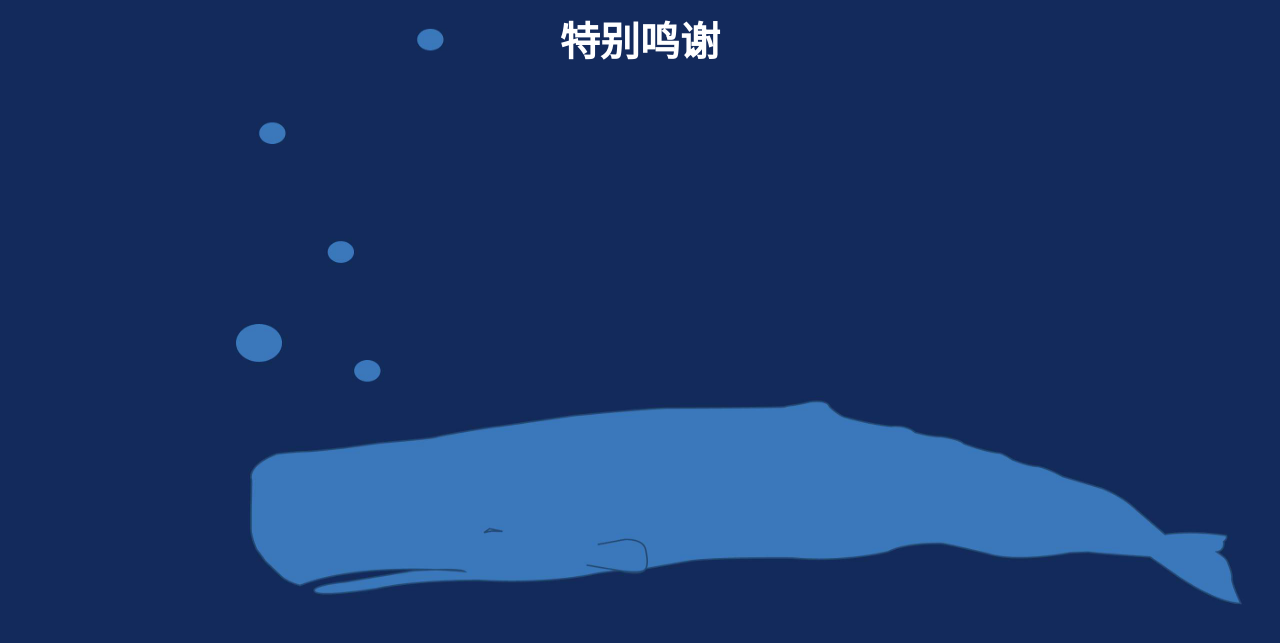
Repository: Akron-xz/helloVue
Page: /#/thanks (app in vue-library/)
The author's editor kept a copy of each file at every save. The page is drawn from the files as they stood at one save, then again after the next save.
The browser window is 1280 px wide. The pictures show the whole page.
The project was rebuilt for these pictures with package versions that can differ from the ones it lists, and the page was loaded fresh each time. Also part of the build but not shown: vue-library/src/components/homeNav.vue, vue-library/src/views/Home.vue.

Above is the page before, as saved 2020-11-26 16:46:58.

After the next save:
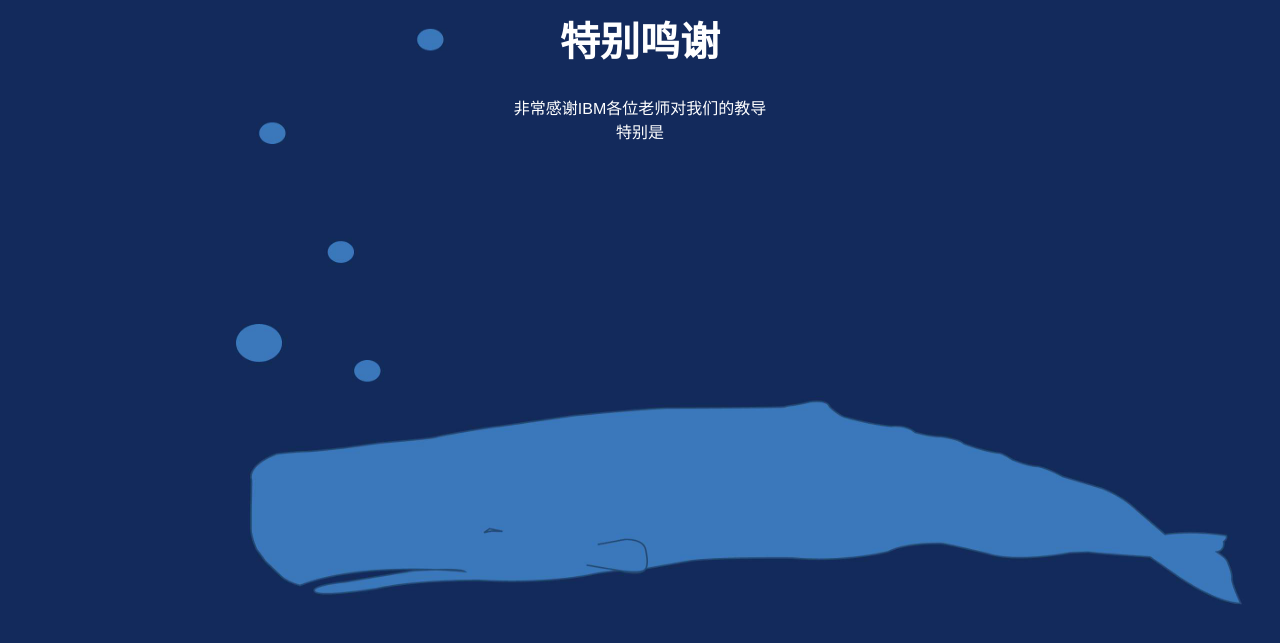
Saved 4 min 31 s later.
--- a/vue-library/src/views/Thanks.vue
+++ b/vue-library/src/views/Thanks.vue
@@ -1,7 +1,11 @@
 <template>
     <div class="thankBox-container">
         <h1 class="title">特别鸣谢</h1>
-        <p class="thanksWord"></p>
+        <p class="thanksWord">
+        非常感谢IBM各位老师对我们的教导<br>
+        特别是<br>
+
+        </p>
     </div>
 </template>
 
@@ -28,4 +32,8 @@ export default {
     font-size: 40px;
     color: white;
 }
+
+.thanksWord{
+    color: white;
+}
 </style>
